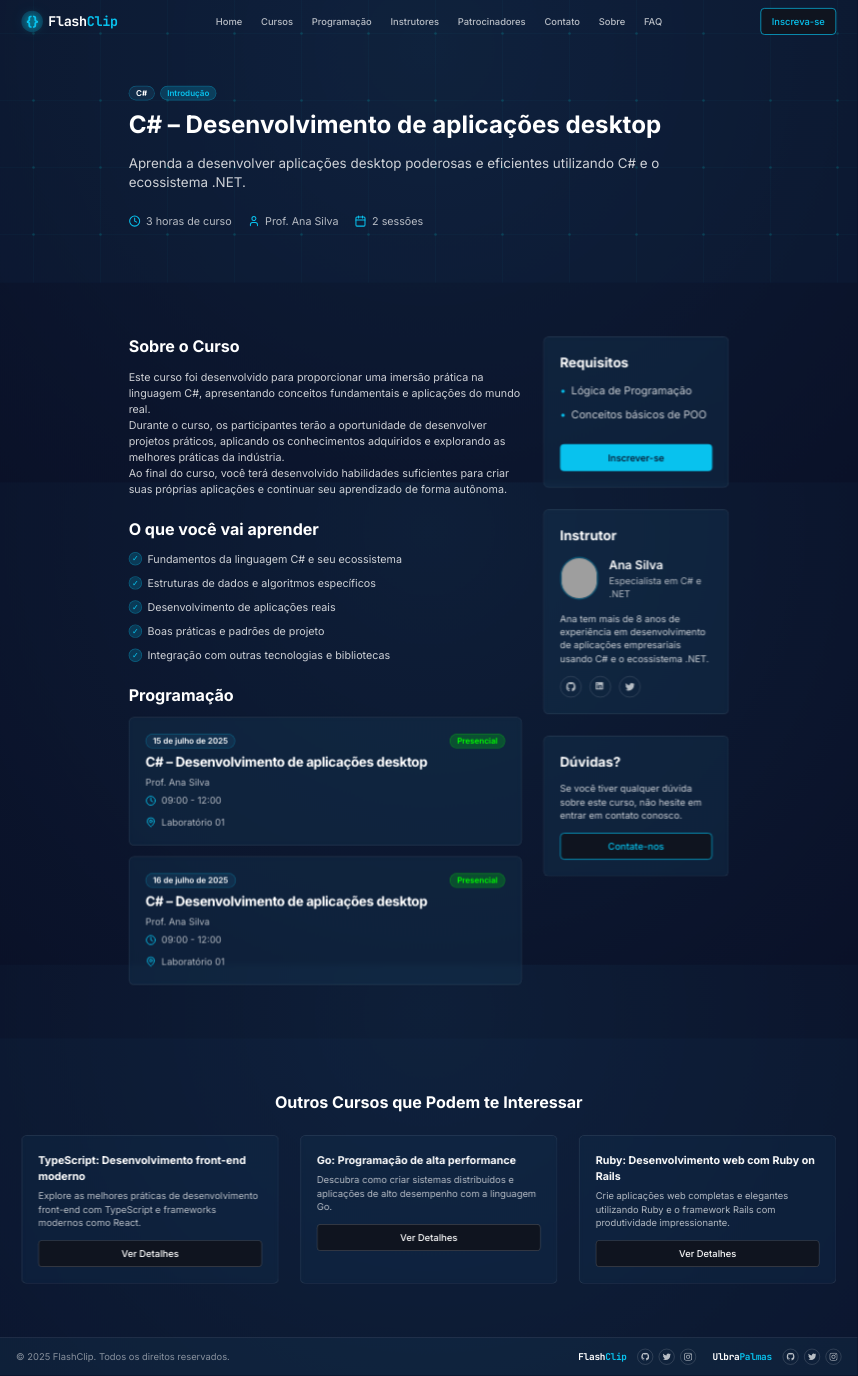
Repository: Geisbelly/flashclip-code-connect
Page: /cursos/csharp
The author's editor kept a copy of each file at every save. The page is drawn from the files as they stood at one save, then again after the next save.
The browser window is 1280 px wide. The pictures show the whole page, at 67% of full size.
Pictures or frames that could not be fetched are drawn as grey boxes. Backgrounds fixed to the window are drawn as part of the page. The project was rebuilt for these pictures with package versions that can differ from the ones it lists, and the page was loaded fresh each time. Also part of the build but not shown: vite.config.ts, src/components/ui/tooltip.tsx, src/components/common/CountdownTimer.tsx, src/components/common/SectionTitle.tsx, src/components/common/CourseCard.tsx, src/data/eventInfo.ts, src/pages/Index.tsx, src/pages/NotFound.tsx and 27 more.

Above is the page before, as saved 2025-05-04 00:35:49.

After the next save:
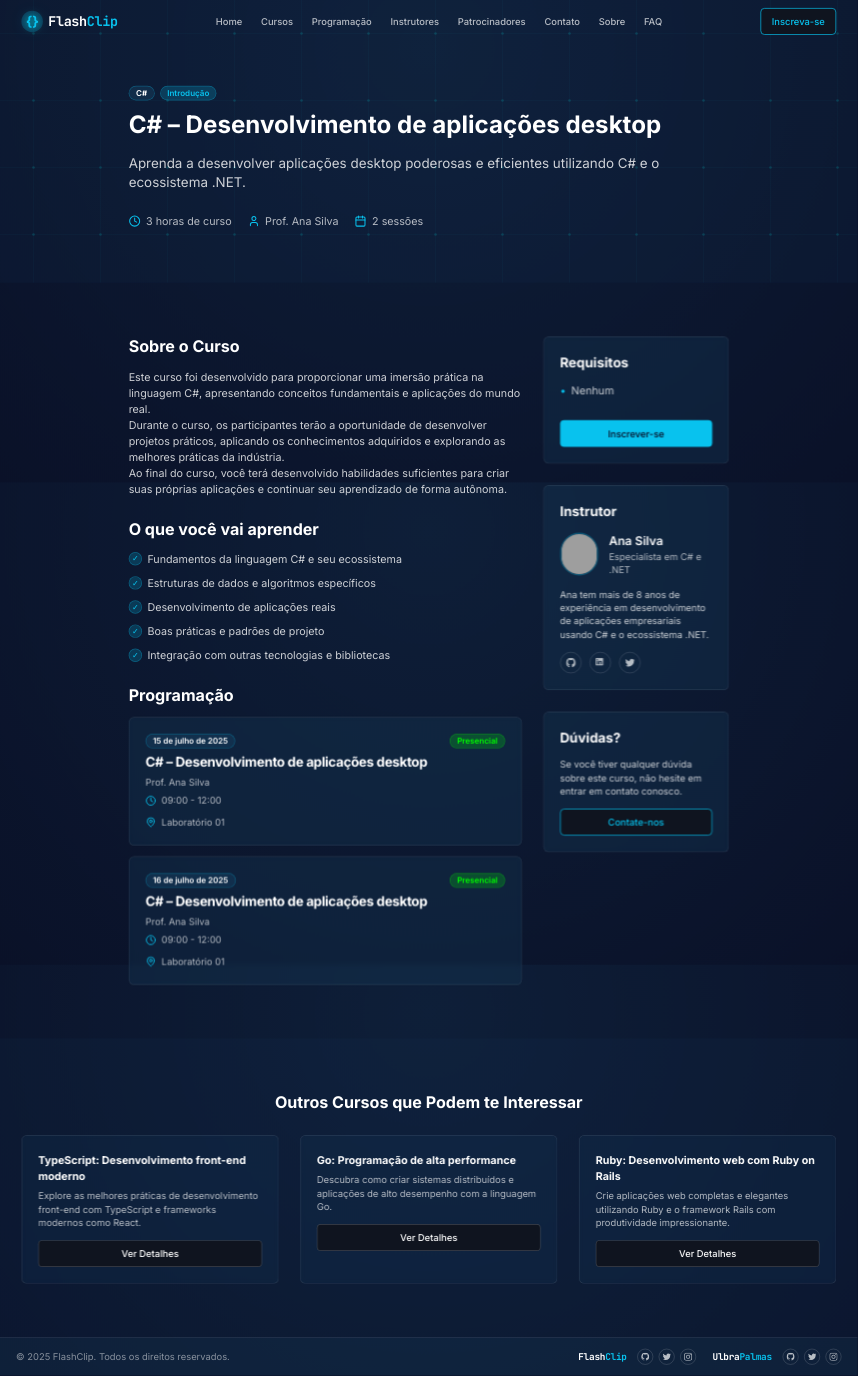
Saved 4 s later.
--- a/src/data/courses.ts
+++ b/src/data/courses.ts
@@ -10,7 +10,7 @@ export const coursesData: CourseProps[] = [
     level: "Introdução",
     hours: 3,
     instructor: "Ana Silva",
-    prerequisites: ["Lógica de Programação", "Conceitos básicos de POO"]
+    prerequisites: ["Nenhum"]
   },
   {
     id: "typescript",
